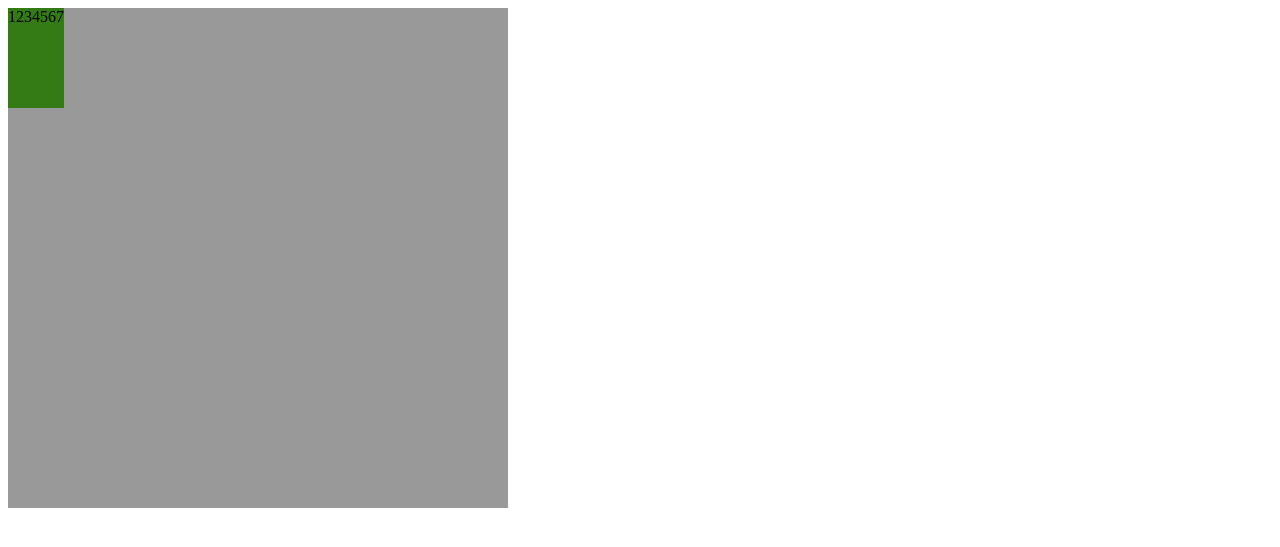
Repository: jady21a/coderwhy_practice
Page: html+css/test.html
These files come from the project's save history. The page is drawn as it stood at one moment and after the next save; the edit follows.
The browser window is 1280 px wide. The pictures show the whole page.

Above is the page before, as saved 2022-04-25 00:34:11.

After the next save:
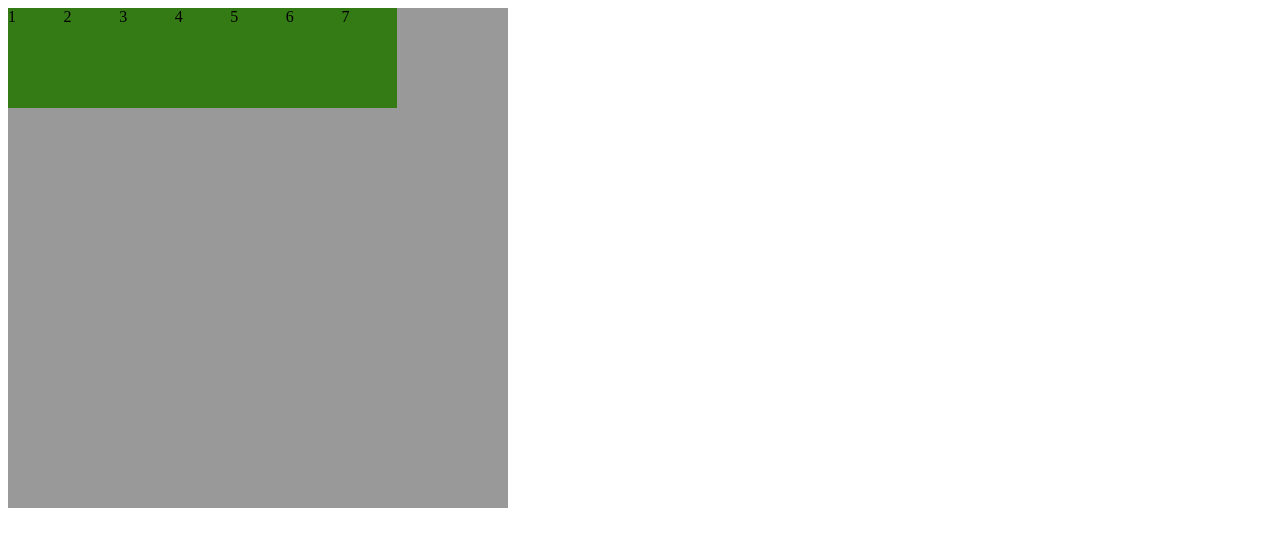
Saved 5 s later.
--- a/html+css/test.html
+++ b/html+css/test.html
@@ -25,7 +25,7 @@
 
   .item {
     /* flex-grow: 1; */
-    flex: 0;
+    /* flex: 0; */
     /* flex-shrink: 1; */
 
     width: 110px;
